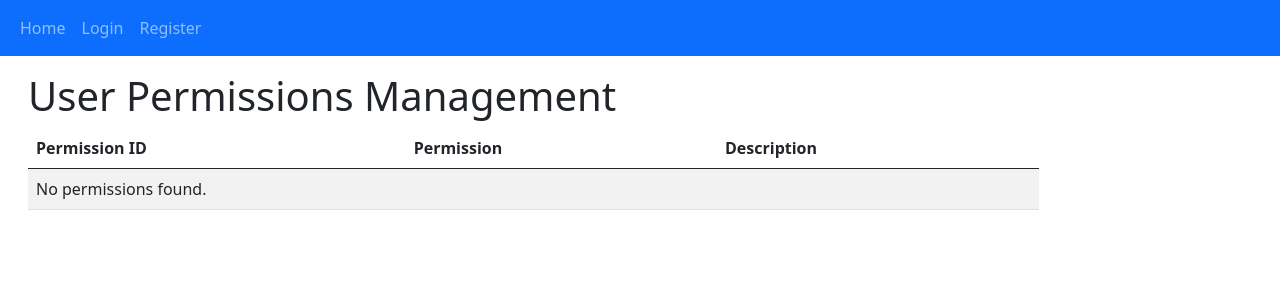
Repository: Matsikembareb/myPowervision
Page: http://localhost/permissions
The author's editor kept a copy of each file at every save. The page is drawn from the files as they stood at one save, then again after the next save.
The browser window is 1280 px wide. The pictures show the whole page.
The page is served by the project's application, run on Flask 3 (01prototype/myPowervision/__init__.py). Other server files are loaded and not shown.

Above is the page before, as saved 2025-09-26 15:15:26.

### 01prototype/myPowervision/templates/user_management/permissions.html
{% extends "base.html" %}
{% block content %}
<h1>User Permissions Management</h1>
<table class="table table-striped">
    <thead>
        <tr>
            <th>Permission ID</th>
            <th>Permission</th>
            <th>Description</th>
        </tr>
    </thead>
    <tbody>
        {% if permissions %}
            {% for permission in permissions %}
            <tr>
                <td>{{ permission.id }}</td>
                <td>{{ permission.name }}</td>
                <td>{{ permission.description }}</td>
            </tr>
            {% endfor %}
        {% else %}
        <tr>
            <td colspan="3">No permissions found.</td>
        </tr>
        {% endif %}
    </tbody>
</table>
{% endblock content %}

### 01prototype/myPowervision/templates/base.html
<!doctype html>
<html lang="en">
  <head>
    <!-- Required meta tags -->
    <meta charset="utf-8">
    <meta name="viewport" content="width=device-width, initial-scale=1">

    <!-- Bootstrap CSS -->
    <link href="https://cdn.jsdelivr.net/npm/bootstrap@5.0.2/dist/css/bootstrap.min.css" rel="stylesheet" integrity="sha384-EVSTQN3/azprG1Anm3QDgpJLIm9Nao0Yz1ztcQTwFspd3yD65VohhpuuCOmLASjC" crossorigin="anonymous">
    <!-- Font Awesome for icons -->
    <link href="https://cdnjs.cloudflare.com/ajax/libs/font-awesome/6.0.0/css/all.min.css" rel="stylesheet">

    {% if title %}
    <title>{{ title }} - myPowervision</title>
    {% else %}
    <title>myPowervision</title>
    {% endif %}
  </head>
  <body>
    <nav class="navbar navbar-expand-sm bg-primary navbar-dark">
      <div class="container-fluid">
        <ul class="navbar-nav">
          <li class="nav-item">
          <a class="nav-link {{ 'active' if active == 'home' else '' }}" href="{{ url_for('home_page') }}">Home<span class="visually-hidden">(current)</span></a>
          </li>
          {% if current_user.is_anonymous %}
          <li class="nav-item">
            <a class="nav-link {{ 'active' if active == 'login' else '' }}" href="{{ url_for('login_page') }}">Login</a>
          </li>
          <li class="nav-item">
            <a class="nav-link {{ 'active' if active == 'register' else '' }}" href="{{ url_for('register_page') }}">Register</a>
          </li>
          {% else %}
          <li class="nav-item">
            <a class="nav-link btn btn-outline-light btn-sm" href="{{ url_for('logout') }}">Logout</a>
          </li>
          {% endif %}
        </ul>
      </div>
    </nav>


    <!-- Flash messages -->
    {% with messages=get_flashed_messages(with_categories=True) %}
      {% if messages %}
        <div class="container-fluid mt-3">
          {% for category, message in messages %}
            <div class="alert alert-{{ category }} alert-dismissible fade show">
              <button type="button" class="btn-close" data-bs-dismiss="alert" aria-label="Close"></button>
              {{ message }}
            </div>
          {% endfor %}
        </div>
      {% endif %}
    {% endwith %}

    <!-- Main layout with sidebar and content -->
    <div class="container-fluid">
      <div class="row">
        {% if current_user.is_authenticated %}
        <!-- Vertical Sidebar -->
        <div class="col-md-3 col-lg-2 px-0">
          {% include 'menu.html' %}
        </div>
        {% endif %}
        <!-- Main Content Area -->
        <div class="col-md-9 col-lg-10">
          <main class="p-3">
            {% block content %}{% endblock content %}
          </main>
        </div>
      </div>
    </div>

    <!-- Bootstrap Bundle with Popper -->
    <script src="https://cdn.jsdelivr.net/npm/bootstrap@5.0.2/dist/js/bootstrap.bundle.min.js" integrity="sha384-MrcW6ZMFYlzcLA8Nl+NtUVF0sA7MsXsP1UyJoMp4YLEuNSfAP+JcXn/tWtIaxVXM" crossorigin="anonymous"></script>
  </body>
</html>

### 01prototype/myPowervision/routes.py
from myPowervision import app
from flask import render_template, url_for, redirect, flash, request
from flask_login import login_user, logout_user, current_user
from urllib.parse import urlsplit
import sqlalchemy as sa

from myPowervision import db
from myPowervision.forms import LoginForm, RegistrationForm, RoleForm
from myPowervision.models import Role, User


@app.route('/')
@app.route('/home')
def home_page():
    return render_template('index.html', title='Home', active='home')

@app.route('/register', methods=['GET', 'POST'])
def register_page():
    if current_user.is_authenticated:
        return redirect(url_for('home_page'))
    form = RegistrationForm()
    if form.validate_on_submit():
        user = User(username=form.username.data, email=form.email.data)
        user.set_password(form.password.data)
        db.session.add(user)
        db.session.commit()
        flash('Registration successful! You can now log in.', category='success')
        return redirect(url_for('login_page'))
    return render_template('auth/register.html', title='Register', active='register', form=form)

@app.route('/login', methods=['GET', 'POST'])
def login_page():
    if current_user.is_authenticated:
        return redirect(url_for('home_page'))
    form = LoginForm()
    if form.validate_on_submit():
        user = db.session.scalar(sa.select(User).where(User.username == form.username.data))
        if user:
            if user.check_password(form.password.data):
                login_user(user, remember=form.remember_me.data)
                next_page = request.args.get('next')
                if not next_page or urlsplit(next_page).netloc != '':
                    next_page = url_for('home_page')
                flash(f'Login successful for user {form.username.data}', category='success')
                return redirect(next_page)
            else:
                flash('Invalid password!', category='danger')
                return redirect(url_for('login_page'))
        else:
            flash('User not found!', category='danger')
            return redirect(url_for('login_page'))

    return render_template('auth/login.html', title='Sign In', active='login', form=form)

@app.route('/forgot-password')
def forgot_password_page():
    return render_template('auth/forgot_password.html', title='Forgot Password', active='forgot_password')

@app.route('/logout')
def logout():
    logout_user()
    flash('You have been logged out.', category='success')
    return redirect(url_for('home_page'))

# ---------------------------------USERS, ROLES, PERMISSIONS--------------------------------------

# ---------------------------------Roles--------------------------------------
@app.route("/roles")
def roleManagement():
    return render_template('user_management/roles.html', title='Role Management', active='roles')

@app.route("/create-role", methods=['GET', 'POST'])
def create_role():
    form = RoleForm()
    if form.validate_on_submit():
        new_role = Role(name=form.name.data, description=form.description.data)
        db.session.add(new_role)
        db.session.commit()
        flash('Role created successfully!', category='success')
        return redirect(url_for('roleManagement'))
    return render_template('user_management/create_role.html', title='Create Role', active='roles', form=form)

# ---------------------------------Permissions--------------------------------------
@app.route("/permissions")
def permissionManagement():
    return render_template('user_management/permissions.html', title='Permission Management', active='permissions')

# ---------------------------------admin area--------------------------------------


# admin login
@app.route("/admin", methods=['GET','POST'])
def adminIndex():
    if session.get('admin_id'):
        return redirect(url_for('adminDashboard'))
    else:
        if request.method == 'POST':
            email = request.form.get('email')
            username = request.form.get('username')
            password = request.form.get('password')

            if email == '' or username == '' or password == '':
                flash("Please fill all the fields", "danger")
                return redirect(url_for('adminIndex'))

            admin = Admin.query.filter_by(username=username).first()
            if admin and bcrypt.check_password_hash(admin.password, password):
                session['admin_id'] = admin.id
                session['admin_name'] = admin.username
                flash("Login Success", "success")
                return redirect(url_for('adminDashboard'))
            else:
                flash("Invalid credentials. Please check all the fields", "danger")
                return redirect(url_for('adminIndex'))
    return render_template("auth/admin/index.html", title="Admin Login")

# admin dashboard
@app.route("/admin/dashboard", methods=['GET','POST'])
def adminDashboard():
    if not session.get('admin_id'):
        return redirect(url_for('adminIndex'))
    total_users = User.query.count()
    approved_users = User.query.filter_by(status=1).count()
    disapproved_users = User.query.filter_by(status=0).count()
    return render_template("auth/admin/dashboard.html", title="Admin Dashboard", total_users=total_users, approved_users=approved_users, disapproved_users=disapproved_users)

# ADMIN get all users
@app.route("/admin/users", methods=['GET','POST'])
def adminUsers():
    if not session.get('admin_id'):
        return redirect(url_for('adminIndex'))
    users = User.query.all()
    if request.method == 'POST':
        # Fetch all users
        search = request.form.get('search')
        users = User.query.filter((User.fname.contains(search)) | (User.lname.contains(search)) | (User.email.contains(search))).all()
    return render_template("auth/admin/users.html", title="All Users", users=users)

# ADMIN approve user
@app.route("/admin/approve/<int:user_id>")
def adminApproveUser(user_id):
    if not session.get('admin_id'):
        return redirect(url_for('adminIndex'))
    user = User.query.get(user_id)
    if user:
        user.status = 1  # Approve the user
        db.session.commit()
        flash("User approved successfully", "success")
    else:
        flash("Error!", "danger")
    return redirect(url_for('adminUsers'))

# ADMIN disapprove user
@app.route("/admin/disapprove")
def adminDisapproveUser(user_id):
    if not session.get('admin_id'):
        return redirect(url_for('adminIndex'))
    user = User.query.get(user_id)
    if user:
        user.status = 0  # Disapprove the user
        db.session.commit()
        flash("User disapproved successfully", "success")
    else:
        flash("Error!", "danger")
    return redirect(url_for('adminUsers'))

# admin change Password
@app.route("/admin/change-password", methods=['GET','POST'])
def adminChangePassword():
    if not session.get('admin_id'):
        return redirect(url_for('adminIndex'))
    admin = Admin.query.filter_by(id=session.get('admin_id')).first()
    if request.method == 'POST':
        username = request.form.get('username')
        password = request.form.get('password')

        if username == '' or password == '':
            flash("Please fill all the fields", "danger")
            return redirect(url_for('adminChangePassword'))
        else:
            admin = Admin.query.filter_by(username=username).first()
            if admin:
                hashed_password = bcrypt.generate_password_hash(password, 10)
                admin.password = hashed_password
                db.session.commit()
                flash("Password changed successfully.", "success")
                return redirect(url_for('adminIndex'))
            else:
                flash("Admin not found", "danger")
                return redirect(url_for('adminChangePassword'))
    return render_template("auth/admin/change_password.html", title="Change Password", admin=admin)

# admin logout
@app.route("/admin/logout")
def adminLogout():
    if not session.get('admin_id'):
        return redirect(url_for('adminIndex'))

    session.pop('admin_id', None)
    session.pop('admin_name', None)
    flash("You have been logged out successfully", "success")
    return redirect(url_for('index'))





# ---------------------------------user area--------------------------------------

# user login
@app.route("/user", methods=['GET', 'POST'])
def userIndex():
    if session.get('user_id'):
        return redirect(url_for('userDashboard'))
    if request.method == 'POST':
        # process the form data
        email = request.form.get('email')
        username = request.form.get('username')
        password = request.form.get('password')

        if email == '' or username == '' or password == '':
            flash("Please fill all the fields", "danger")
            return redirect(url_for('userSignup'))

        user = User.query.filter_by(email=email).first()
        if user and bcrypt.check_password_hash(user.password, password):
            # Fix the status logic - 0 means not approved, 1 means approved
            if user.status == 0:
                flash("Your account is not approved by admin yet.", "warning")
                return redirect(url_for('userIndex'))
            else:
                session['user_id'] = user.id
                session['username'] = user.username
                flash("Login Success", "success")
                return redirect(url_for('userDashboard'))
        else:
            flash("Invalid credentials. Please check all the fields", "danger")
            return redirect(url_for('userIndex'))
    return render_template("auth/user/index.html", title="User Login")

# user registration
@app.route("/user/signup", methods=['GET', 'POST'])
def userSignup():
    if session.get('user_id'):
        return redirect(url_for('userDashboard'))
    if request.method == 'POST':
        print("Form submitted!")  # Debug print
        # process the form data
        fname = request.form.get('fname')
        lname = request.form.get('lname')
        email = request.form.get('email')
        username = request.form.get('username')
        edu = request.form.get('edu')
        password = request.form.get('password')

        if fname == '' or lname == '' or email == '' or username == '' or edu == '' or password == '':
            flash("Please fill all the fields", "danger")
            return redirect(url_for('userSignup'))
        else:
            is_email = User.query.filter_by(email=email).first()
            if is_email:
                flash("Email already registered", "danger")
                return redirect(url_for('userSignup'))
            else:
                hashed_password = bcrypt.generate_password_hash(password, 10)
                user = User(fname=fname, lname=lname, email=email, username=username, edu=edu, password=hashed_password)
                db.session.add(user)
                db.session.commit()
                flash("User registered successfully. Please wait for admin approval.", "success")
                return redirect(url_for('userIndex'))
    return render_template("auth/user/signup.html", title="User Signup")

#user dashboard
@app.route("/user/dashboard")
def userDashboard():
    if not session.get('user_id'):
        return redirect(url_for('userIndex'))
    id = session.get('user_id')
    user = User.query.filter_by(id=id).first()
    return render_template("auth/user/dashboard.html", title="User Dashboard", user=user)

#user logout
@app.route("/user/logout")
def userLogout():
    if not session.get('user_id'):
        return redirect(url_for('userIndex'))
    # Properly clear session
    session.pop('user_id', None)
    session.pop('username', None)
    flash("You have been logged out successfully", "success")
    return redirect(url_for('userIndex'))

# user change Password
@app.route("/user/change-password", methods=['GET', 'POST'])
def userChangePassword():
    if not session.get('user_id'):
        return redirect(url_for('userIndex'))
    if request.method == 'POST':
        # process the form data
        email = request.form.get('email')
        password = request.form.get('password')

        if email == '' or password == '':
            flash("Please fill all the fields", "danger")
            return redirect(url_for('userChangePassword'))
        else:
            user = User.query.filter_by(email=email).first()
            if user:
                hashed_password = bcrypt.generate_password_hash(password, 10)
                # Fix: Update the user object directly
                user.password = hashed_password
                db.session.commit()
                flash("Password changed successfully.", "success")
                return redirect(url_for('userIndex'))
            else:
                flash("User not found", "danger")
                return redirect(url_for('userChangePassword'))
    return render_template("auth/user/change_password.html", title="Change Password")

#user update profile
@app.route("/user/update-profile", methods=['GET', 'POST'])
def userUpdateProfile():
    if not session.get('user_id'):
        return redirect(url_for('userIndex'))

    user = User.query.filter_by(id=session.get('user_id')).first()

    if request.method == 'POST':
        # process the form data
        fname = request.form.get('fname')
        lname = request.form.get('lname')
        email = request.form.get('email')
        username = request.form.get('username')
        edu = request.form.get('edu')

        if fname == '' or lname == '' or email == '' or username == '' or edu == '':
            flash("Please fill all the fields", "danger")
            return redirect(url_for('userUpdateProfile'))
        else:
            is_email = User.query.filter_by(email=email).first()
            if is_email and is_email.id != user.id:
                flash("Email already registered", "danger")
                return redirect(url_for('userUpdateProfile'))
            else:
                # Fix: Update the user object directly
                user.fname = fname
                user.lname = lname
                user.email = email
                user.username = username
                user.edu = edu
                db.session.commit()
                session['username'] = username
                flash("Profile updated successfully.", "success")
                return redirect(url_for('userDashboard'))

    return render_template("auth/user/update_profile.html", title="Update Profile", user=user)

### 01prototype/myPowervision/__init__.py
from flask import Flask, render_template, redirect, url_for, flash
from config import Config
from flask_sqlalchemy import SQLAlchemy
from flask_migrate import Migrate
from flask_login import LoginManager

app = Flask(__name__)
app.config.from_object(Config)
db = SQLAlchemy(app)
migrate = Migrate(app, db)
login = LoginManager(app)
login.login_view = 'login_page'

from myPowervision import routes, models

After the next save:
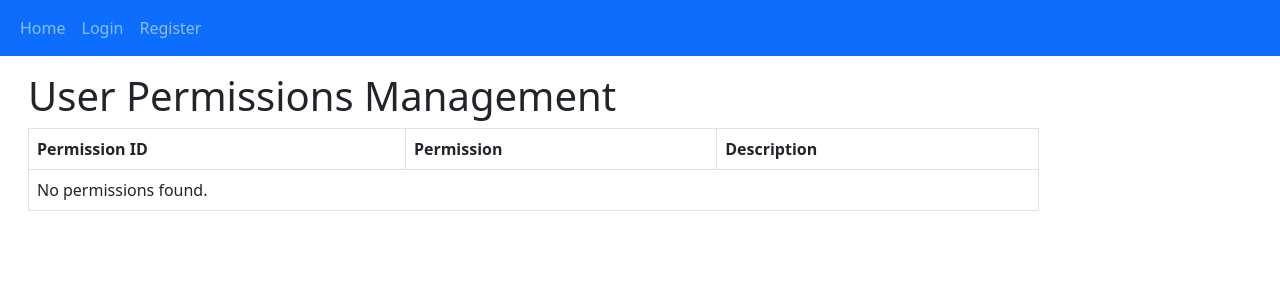
Saved 40 s later.
--- a/01prototype/myPowervision/templates/user_management/permissions.html
+++ b/01prototype/myPowervision/templates/user_management/permissions.html
@@ -1,7 +1,7 @@
 {% extends "base.html" %}
 {% block content %}
 <h1>User Permissions Management</h1>
-<table class="table table-striped">
+<table class="table table-bordered">
     <thead>
         <tr>
             <th>Permission ID</th>
